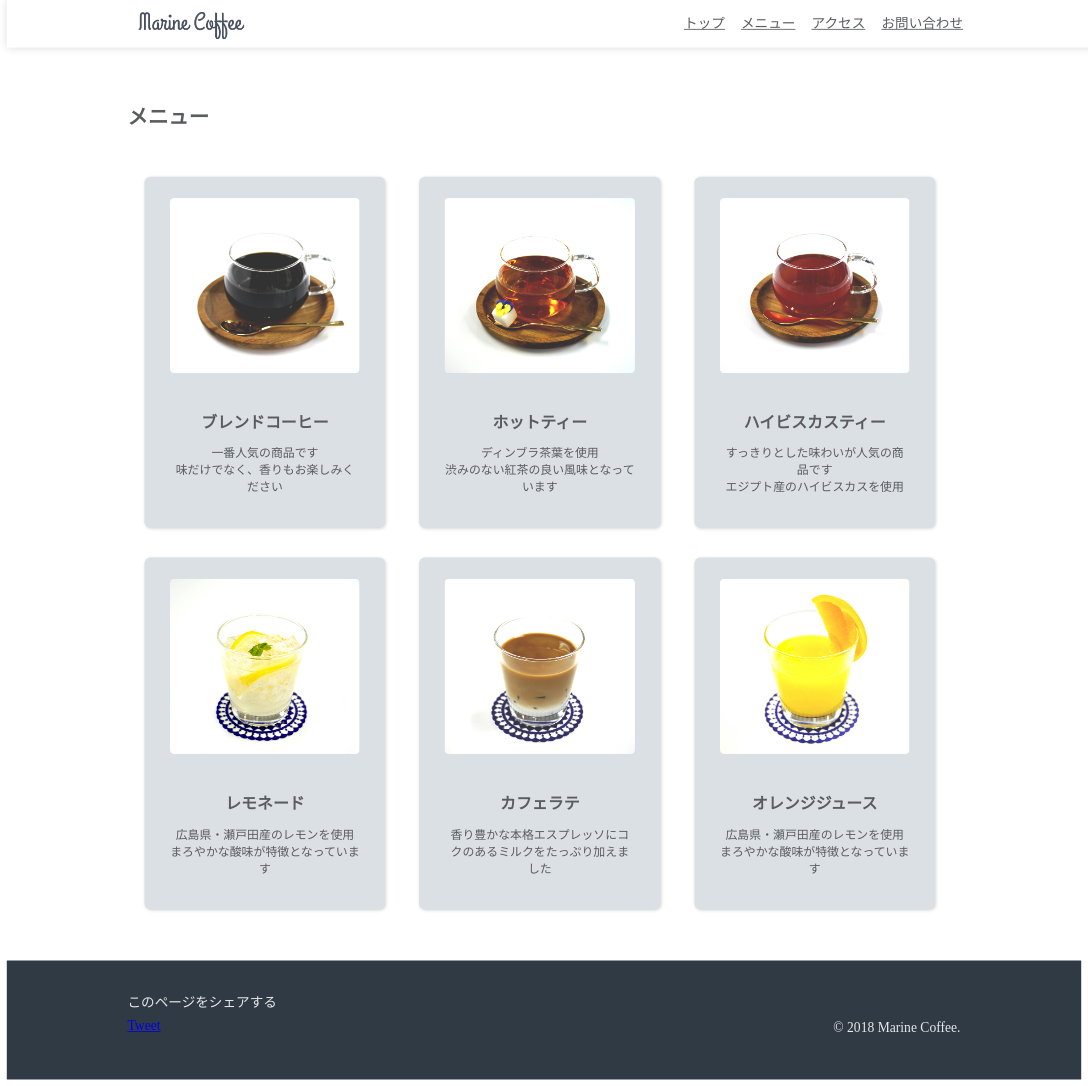
Repository: Kazuya888/samurai_HTML-CSS
Page: marine_coffee/menu.html
The author's editor kept a record of every edit. The page is drawn from the files as they stood at one moment, then again after the next edit.
The browser window is 1280 px wide. The pictures show the whole page, at 85% of full size.

Above is the page before.

After the next edit:
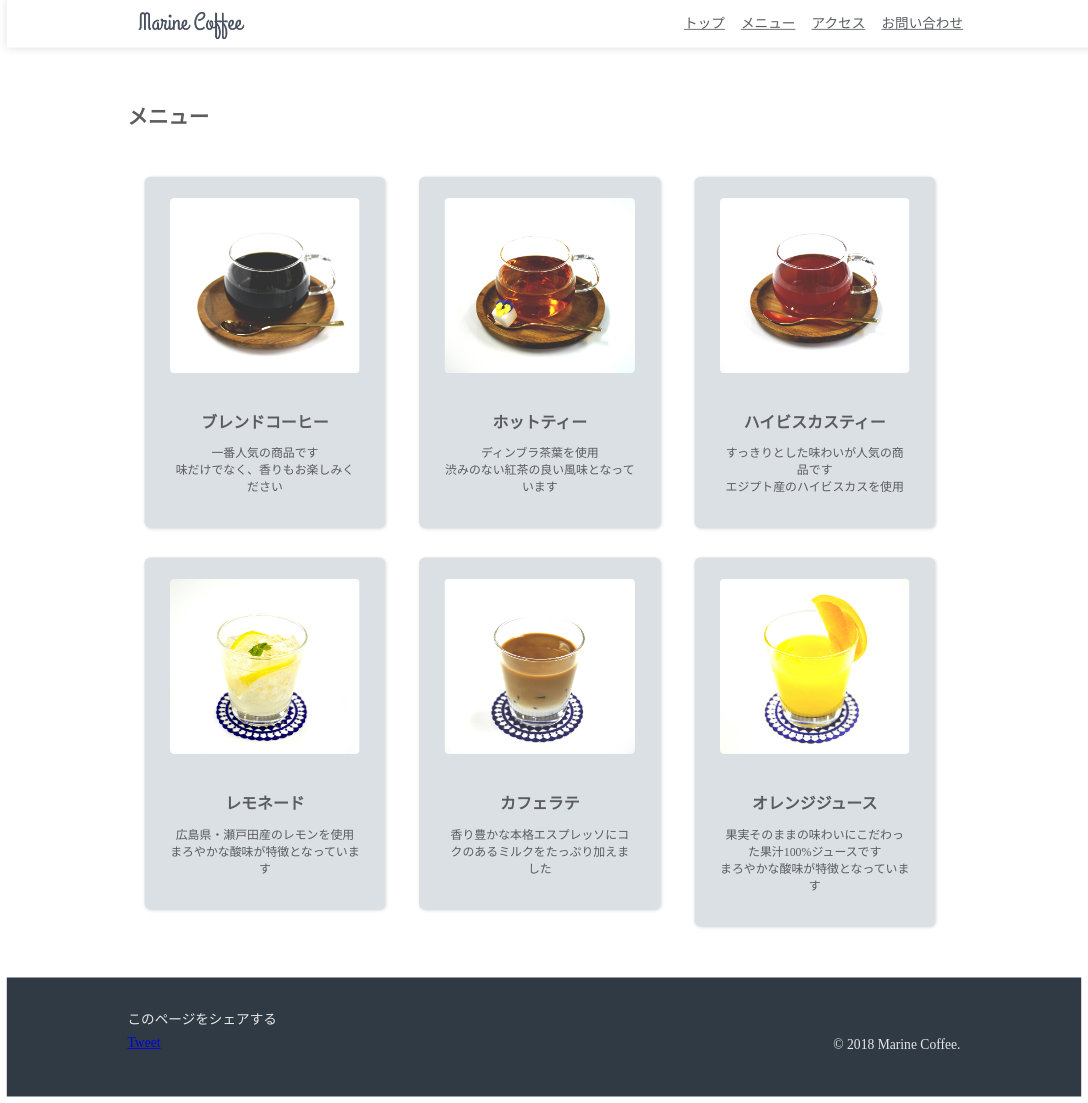
The edit:
--- a/marine_coffee/menu.html
+++ b/marine_coffee/menu.html
@@ -98,7 +98,7 @@
                     alt="オレンジジュース">
                     <h3 class="menu-title">オレンジジュース</h3>
                     <p class="menu-text">
-                    広島県・瀬戸田産のレモンを使用
+                    果実そのままの味わいにこだわった果汁100%ジュースです
                     <br>
                     まろやかな酸味が特徴となっています
                     </p>
